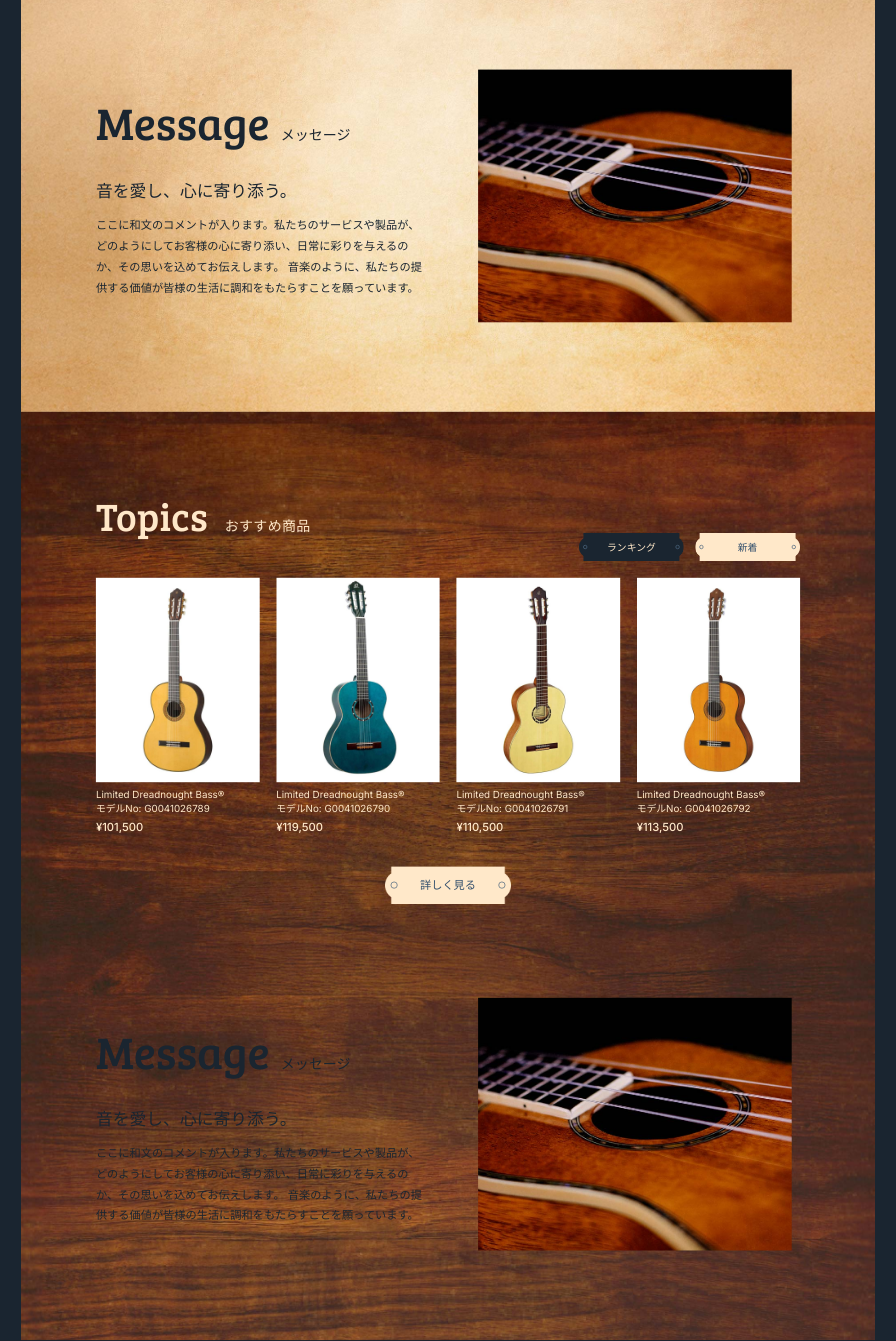
Repository: hyms035k/-----
Page: index.html
The author's editor kept a copy of each file at every save. The page is drawn from the files as they stood at one save, then again after the next save.
The browser window is 1280 px wide. The pictures show the part of the page from y = 748 to 2668 px (the page is 2663 px tall before and 2668 px after), at 70% of full size.
Some web fonts or font styles are not loaded; a fallback is used. Some web libraries are served in a nearby version. The style sheet was rebuilt from its Sass, Less or Tailwind sources for each picture, by a compiler version that may differ from the author's.

Above is the page before, as saved 2025-06-05 11:44:54.

### index.html
<!DOCTYPE html>
<html lang="ja">
<head>
    <meta charset="UTF-8">
    <meta name="viewport" content="width=device-width, initial-scale=1.0">
    <title>カワセ楽器（デモ）</title>

    <!-- Tailwind CSS CDN (開発版 - JITコンパイラ含む) -->
    <script src="https://cdn.tailwindcss.com"></script>
    <script>
        // Tailwind CSS の設定 (任意)
        // ここでテーマのカスタマイズなどが可能ですが、まずはデフォルトで進めます。
        // 例: tailwind.config = { theme: { extend: { colors: { 'custom-blue': '#243c5a' } } } }
    </script>
    <style type="text/tailwindcss">
        @layer components {
            .block-box {
                @apply py-10 md:py-20 xl:py-32;
            }
        }
        @layer utilities {
            @screen md {
                .leading-relaxed {
                    line-height: 1.84;
                }
            }
        }
        @screen md {
            .container {
                @apply max-w-[650px]; /* 768px以上でコンテナのmax-widthは650px */
            }
        }
        @screen lg {
            .container {
                @apply max-w-[870px]; /* 992px以上でコンテナのmax-widthは870px */
            }
        }
        @screen xl {
            .container {
                @apply max-w-[1070px]; /* 1200px以上でコンテナのmax-widthは1070px */
            }
        }
        @screen 2xl {
            .container {
                @apply max-w-[1170px]; /* 1367px以上でコンテナのmax-widthは1170px */
            }
        }
    </style>
    <script>
        // InterフォントをTailwind CSSのデフォルトフォントとして設定
        tailwind.config = {
            theme: {
                // カスタムブレークポイントの定義
                screens: {
                    'sm': '640px',   // Tailwind CSSのデフォルト 'sm'
                    'md': '768px',   // ユーザー指定のBP
                    'lg': '992px',   // ユーザー指定のBP
                    'xl': '1200px',  // ユーザー指定のBP
                    '2xl': '1367px', // ユーザー指定のBP
                },
                // .container クラスのカスタマイズ
                container: {
                    center: true, // コンテナを中央揃えにする
                    padding: {
                        DEFAULT: '1.75rem',
                        md: '1.5rem',
                        lg: '2rem',
                    },
                    screens: {
                        sm: '640px',
                        md: '650px',
                        lg: '870px',
                        xl: '1070px',
                        '2xl': '1170px',
                    },
                },
                extend: {
                    fontFamily: {
                        // デフォルトのサンセリフフォントを Kiwi Maru に設定
                        sans: ['Kiwi Maru', 'Inter', 'sans-serif'],
                        // 見出し等で使用するセリフフォントとして Bree Serif を設定
                        serif: ['Bree Serif', 'serif'],
                    },
                }
            }
        }
    </script>

    <!-- GoogleFonts -->
    <link rel="preconnect" href="https://fonts.googleapis.com">
    <link rel="preconnect" href="https://fonts.gstatic.com" crossorigin>
    <link href="https://fonts.googleapis.com/css2?family=Kiwi+Maru:wght@400;500;600&display=swap" rel="stylesheet">
    <link href="https://fonts.googleapis.com/css2?family=Bree+Serif&display=swap" rel="stylesheet">

    <!-- Interフォントの読み込み (Tailwind CSSのデフォルトフォントファミリーと相性が良い) -->
    <link href="https://fonts.googleapis.com/css2?family=Inter:wght@400;500;600;700&display=swap" rel="stylesheet">

    <link href="./css/style.min.css" rel="stylesheet">
</head>
<body class="font-sans antialiased text-[#1a2530] bg-[#1a2530]">

    <!-- ヒーローセクション -->
    <section id="hero-section" class="h-screen flex flex-col items-center justify-center bg-cover bg-center text-white" aria-labelledby="hero-heading">
        <div class="container h-full flex flex-col items-center justify-center">
            <!-- ロゴのプレースホルダー -->
            <h1 class="hero-logo w-[80%] md:w-[46.1538461%] mx-auto"><img src="./img/top__hero_logo-min.png" alt=""></h1>
            <h2 id="hero-heading" class="text-2xl xl:text-[33px] text-center text-[#ffe1be] leading-[1.4] mt-6">
                あらゆる場面に対処できる<br>長年の経験と技術
            </h2>
        </div>
    </section>

    <main class="px-2 md:px-[30px]">
        <section id="block-1st" class="bg-cover bg-center">
            <div class="container block-box">
                <div class="lg:grid lg:grid-cols-2 lg:gap-[60px] items-center">
                    <div class="flex flex-col">
                        <div class="md:flex md:items-baseline md:gap-x-4 text-center md:text-left">
                            <p class="font-serif text-4xl lg:text-[65px] leading-tight">Message</p>
                            <h2 class="font-sans lg:text-[20px] mt-1">メッセージ</h2>
                        </div>
                        <div class="lg:hidden my-5">
                            <img src="./img/top__block1st_image.jpg" alt="メッセージのイメージ (スマホ)" class="w-full h-auto object-cover">
                        </div>
                        <div class="lg:mt-10">
                            <h3 class="font-sans text-[1.3rem] lg:text-[24px] font-medium">音を愛し、心に寄り添う。</h3>
                            <p class="font-sans text-base mt-4 leading-relaxed">
                                ここに和文のコメントが入ります。私たちのサービスや製品が、どのようにしてお客様の心に寄り添い、日常に彩りを与えるのか、その思いを込めてお伝えします。
                                音楽のように、私たちの提供する価値が皆様の生活に調和をもたらすことを願っています。
                            </p>
                        </div>
                    </div>
                    <div class="hidden lg:flex items-center justify-center">
                        <img src="./img/top__block1st_image.jpg" alt="メッセージのイメージ (PC)" class="w-full max-w-md h-auto object-cover">
                    </div>
                </div>
            </div>
        </section>
        <section id="block-2nd" class="bg-cover bg-top">
            <div class="container block-box pt-0">
                <div id="topics" class="block-box pb-0 text-[#ffe8c9]">
                    <div class="max-w-6xl mx-auto">
                        <!-- セクションタイトル -->
                        <div class="tracking-wide md:flex md:items-baseline md:gap-x-4 text-center md:text-left">
                            <p class="text-3xl md:text-4xl lg:text-[56px] font-serif">Topics</p>
                            <h2 class="text-sm lg:text-[20px] ml-2 mt-1 md:mt-0 font-sans">おすすめ商品</h2>
                        </div>

                        <!-- タブ切り替え -->
                        <div class="quick-tab flex justify-end gap-2 lg:gap-4 text-sm">
                            <div class="btn text-sans text-center active"><span><span>ランキング</span></span></div>
                            <div class="btn text-sans text-center"><span><span>新着</span></span></div>
                        </div>

                        <!-- 商品カードリスト -->
                        <div class="grid grid-cols-2 md:grid-cols-4 gap-6 mt-6 mb-11">
                            <!-- 商品カード（繰り返し） -->
                            <div class="text-left">
                                <img src="./img/top__block2nd_topics_guiter_1.jpg" alt="Limited Dreadnought Bass" class="mx-auto mb-2">
                                <p class="text-xs sm:text-sm">
                                    Limited Dreadnought Bass®<br>
                                    モデルNo: G0041026789
                                </p>
                                <p class="mt-1 font-medium">¥101,500</p>
                            </div>
                            <!-- 以下、繰り返し -->
                            <div class="text-left">
                                <img src="./img/top__block2nd_topics_guiter_2.jpg" alt="Limited Dreadnought Bass" class="mx-auto mb-2">
                                <p class="text-xs sm:text-sm">
                                    Limited Dreadnought Bass®<br>
                                    モデルNo: G0041026790
                                </p>
                                <p class="mt-1 font-medium">¥119,500</p>
                            </div>
                            <div class="text-left">
                                <img src="./img/top__block2nd_topics_guiter_3.jpg" alt="Limited Dreadnought Bass" class="mx-auto mb-2">
                                <p class="text-xs sm:text-sm">
                                    Limited Dreadnought Bass®<br>
                                    モデルNo: G0041026791
                                </p>
                                <p class="mt-1 font-medium">¥110,500</p>
                            </div>
                            <div class="text-left">
                                <img src="./img/top__block2nd_topics_guiter_4.jpg" alt="Limited Dreadnought Bass" class="mx-auto mb-2">
                                <p class="text-xs sm:text-sm">
                                    Limited Dreadnought Bass®<br>
                                    モデルNo: G0041026792
                                </p>
                                <p class="mt-1 font-medium">¥113,500</p>
                            </div>
                        </div>
                        <!-- 詳しく見るボタン -->
                        <div class="text-center">
                            <a href="#" class="inline-block btn text-sans text-center"><span><span>詳しく見る</span></span></a>
                        </div>
                    </div>
                </div>

                <div class="lg:grid lg:grid-cols-2 lg:gap-[60px] items-center pt-10 md:pt-20 xl:pt-[8rem]">
                    <div class="flex flex-col">
                        <div class="md:flex md:items-baseline md:gap-x-4">
                            <h2 class="font-serif text-4xl lg:text-[65px] leading-tight">Message</h2>
                            <p class="font-sans lg:text-[20px] mt-1">メッセージ</p>
                        </div>
                        <div class="lg:hidden my-5">
                            <img src="./img/top__block1st_image.jpg" alt="メッセージのイメージ (スマホ)" class="w-full h-auto object-cover">
                        </div>
                        <div class="lg:mt-10">
                            <h3 class="font-sans text-[1.3rem] lg:text-[24px] font-medium">音を愛し、心に寄り添う。</h3>
                            <p class="font-sans text-base mt-4 leading-relaxed">
                                ここに和文のコメントが入ります。私たちのサービスや製品が、どのようにしてお客様の心に寄り添い、日常に彩りを与えるのか、その思いを込めてお伝えします。
                                音楽のように、私たちの提供する価値が皆様の生活に調和をもたらすことを願っています。
                            </p>
                        </div>
                    </div>
                    <div class="hidden lg:flex items-center justify-center">
                        <img src="./img/top__block1st_image.jpg" alt="メッセージのイメージ (PC)" class="w-full max-w-md h-auto object-cover">
                    </div>
                </div>
            </div>
        </section>
    </main>

</body>
</html>

### scss/style.scss
@charset "UTF-8";
@use "msg-config" as conf;

.remove {
	position: relative;
	overflow: hidden;
	display: block;
	width: 100%;
	height: 0;
	font-size: 0.5em;
	text-align: left;
	text-indent: -9999px;
	background-position: center;
	background-repeat: no-repeat;
	background-size: cover;
}

.btn {
	position: relative;
	overflow: hidden;
	color: conf.$navy;
	text-decoration: none !important;
	mask: url(../img/btn_mask-min.png) center left no-repeat;
	mask-size: auto 100%;
	cursor: pointer;
	> span {
		position: relative;
		overflow: hidden;
		display: block;
		background-color: conf.$light;
		mask: url(../img/btn_mask-min.png) center right no-repeat;
		mask-size: auto 100%;
		&:before {
			position: absolute;
			top: 0;
			left: 0;
			bottom: 0;
			display: block;
			width: 0;
			background-color: conf.$base;
			transition: 0.3s;
			content: "";
		}
		> span {
			position: relative;
			display: block;
			padding-top: 15px;
			padding-bottom: 15px;
			&:before, &:after {
				position: absolute;
				top: 50%;
				display: block;
				width: 10px;
				height: 10px;
				border: solid 1px conf.$navy-light;
				border-radius: 50%;
				transform: translateY(-50%);
				content: "";
			}
			&:before {
				left: 8px;
			}
			&:after {
				right: 8px;
			}
		}
	}
	&:hover, &:focus {
		color: conf.$light;
		> span {
			&:before {
				width: 100%;
			}
		}
	}
	&.inline-block {
		> span {
			> span {
				padding-left: 50px;
				padding-right: 50px;
			}
		}
	}
}

#hero {
	&-section {
		@include conf.mq(768) {
			background-image: url(../img/top__hero_bg.jpg);
		}
		@include conf.mq(0,768) {
			background-image: url(../img/top__hero_bg_sp.jpg);
		}
	}
}

#block {
	&-1st {
		background-image: url(../img/top__block1st_bg.jpg);
	}
	&-2nd {
		background-image: url(../img/top__block2nd_bg.jpg);
		.quick-tab {
			> .btn {
				@include conf.mq(768) {
					min-width: 150px;
				}
				@include conf.mq(0,768) {
					width: calc((100% - 0.5rem) * 0.5);
					max-width: 150px;
				}
				> span {
					> span {
						padding-top: 10px;
						padding-bottom: 10px;
						&:before, &:after {
							width: 6px;
							height: 6px;
						}
						&:before {
							left: 6px;
						}
						&:after {
							right: 6px;
						}
					}
				}
				&.active {
					color: conf.$light !important;
					> span {
						background-color: conf.$base !important;
					}
				}
			}
		}
	}
}

### scss/_msg-config.scss
@charset "UTF-8";

$base: #1a2530;
$light: #ffe8c9;

$navy: #34506d;
$navy-light: #4d667f;

$accent: #004097;
$bright-accent: #ccd9ea;
$hardright-accent: #eaedf0;
$lavender: #e2e7fe;
$blue: #5f7efb;
$green: #1CA038;
$deep-blue: #3268ED;
$lime: #aacc03;
$dark-gray: #4d4d4d;

@mixin mq($min:0, $max:0, $mode:'screen') {
	$bp_min: '';
	$bp_max: '';
	@if $min > 0 {
		$bp_min: ' and (min-width:#{$min}px)';
	}
	@if $max > 0 {
		$bp_max: ' and (max-width:#{$max - 1}px)';
	}

	@media #{$mode}#{$bp_min}#{$bp_max} {
		@content;
	}
}

@mixin center($y:1, $x:0){
	@if $y > 0 {
		top: 50%;
	}
	@if $x > 0 {
		left: 50%;
	}
	@if $y > 0 or $x > 0 {
		@if $y == 0 or $x == 0 {
			@if $y > 0 {
				transform: translateY(-50%);
			}
			@else {
				transform: translateX(-50%);
			}
		}
		@else {
			transform: translate(-50%,-50%);
		}
	}
}

@mixin full($fixed:0){
	@if $fixed > 0 {
		@if $fixed > 1 {
			position: relative;
		}
		@else{
			position: fixed;
		}
	}
	@else{
		position: absolute;
	}

	top: 0;
	left: 0;
	right: 0;
	bottom: 0;
	display: block;
	width: 100%;
	height: 100%;
}

After the next save:
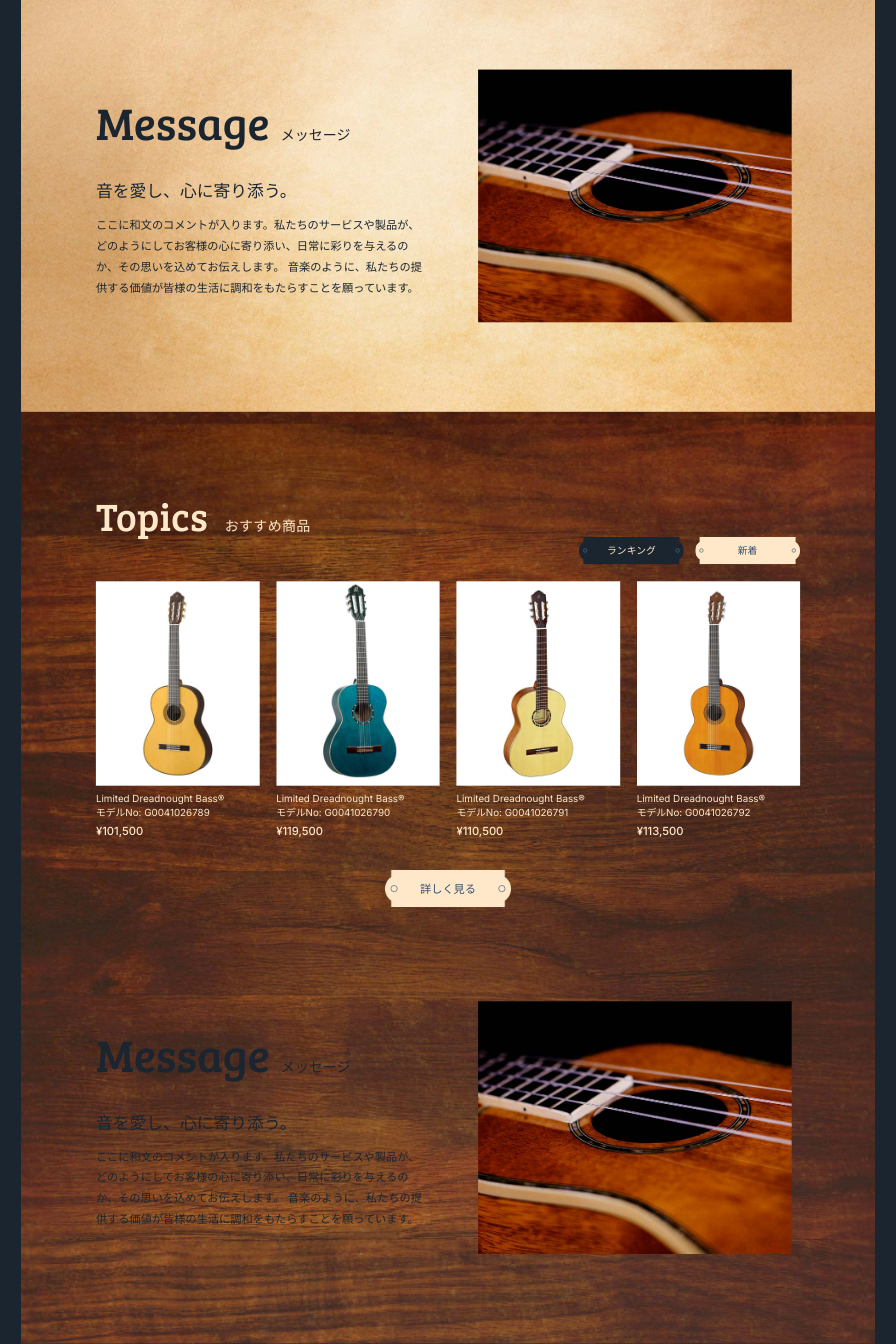
Saved 21 s later.
--- a/index.html
+++ b/index.html
@@ -143,7 +143,7 @@
                         <!-- セクションタイトル -->
                         <div class="tracking-wide md:flex md:items-baseline md:gap-x-4 text-center md:text-left">
                             <p class="text-3xl md:text-4xl lg:text-[56px] font-serif">Topics</p>
-                            <h2 class="text-sm lg:text-[20px] ml-2 mt-1 md:mt-0 font-sans">おすすめ商品</h2>
+                            <h2 class="lg:text-[20px] ml-2 mt-1 md:mt-0 font-sans">おすすめ商品</h2>
                         </div>
 
                         <!-- タブ切り替え -->
